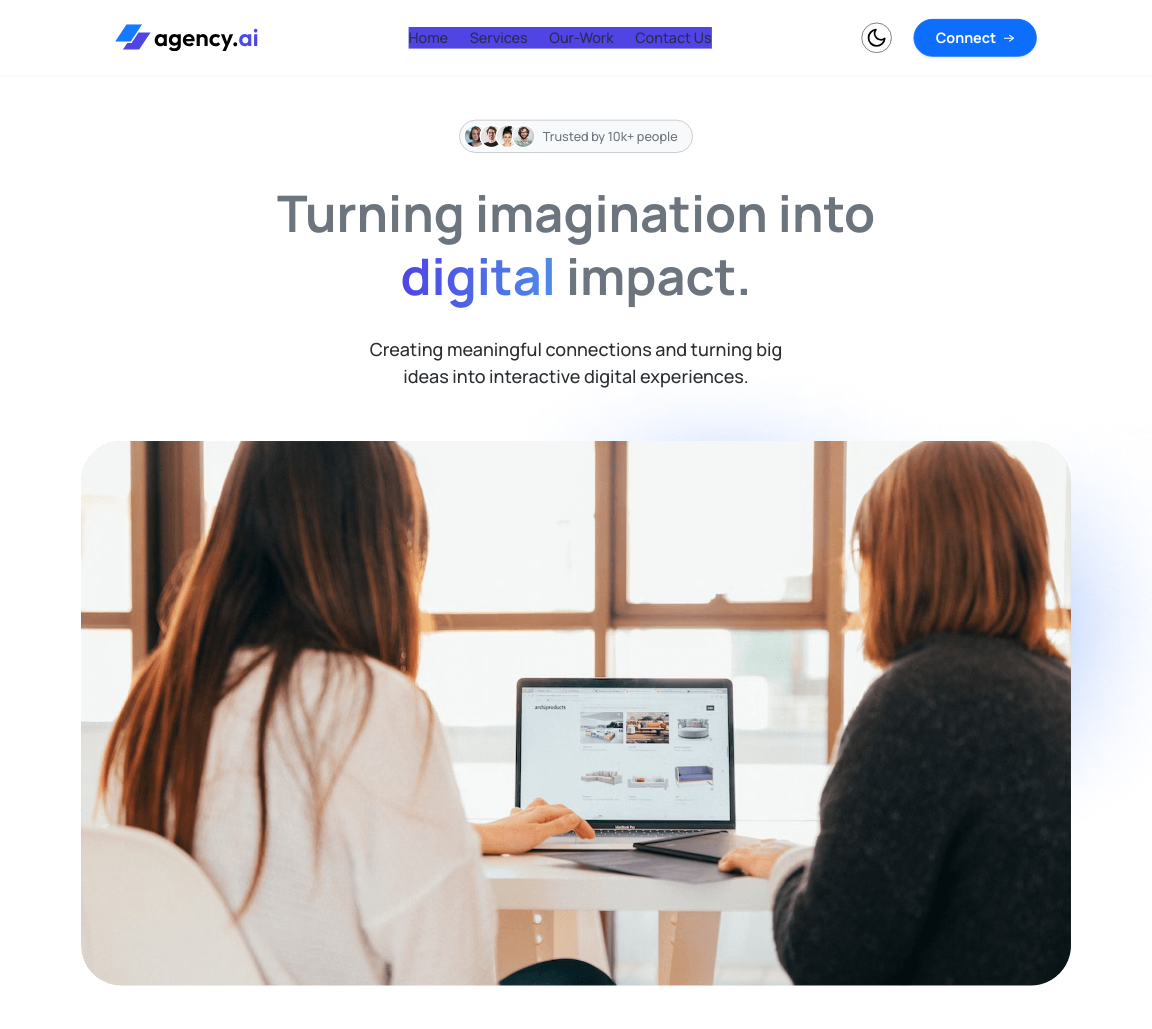
Repository: RAMADAN975/modern-agency-portfolio
Page: /
The author's editor kept a copy of each file at every save. The page is drawn from the files as they stood at one save, then again after the next save.
The browser window is 1280 px wide. The pictures show the whole page, at 90% of full size.
The project was rebuilt for these pictures with package versions that can differ from the ones it lists, and the page was loaded fresh each time. Also part of the build but not shown: vite.config.js.

Above is the page before, as saved 2026-03-23 21:18:18.

After the next save:
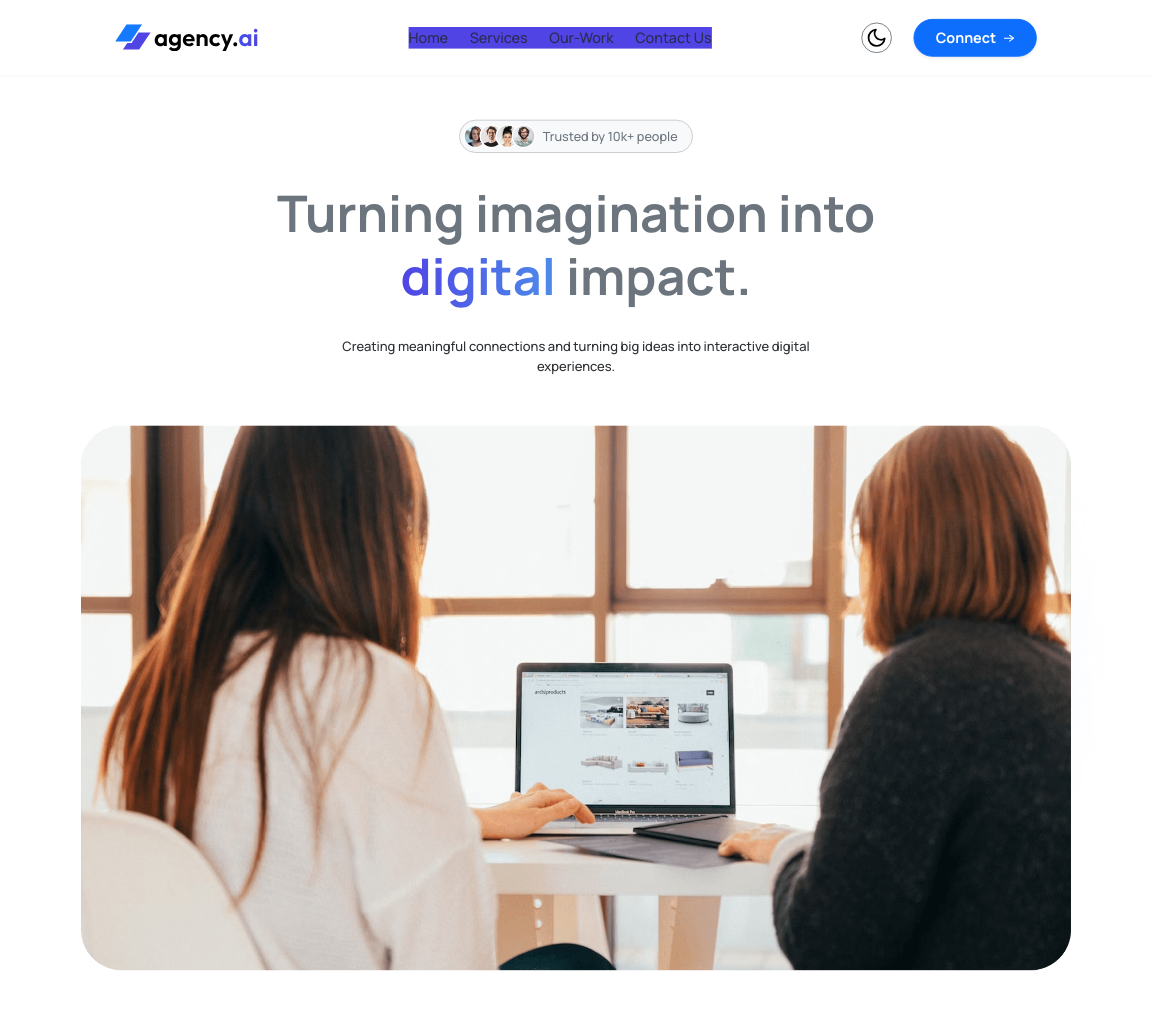
Saved 5 min 13 s later.
--- a/src/index.css
+++ b/src/index.css
@@ -91,47 +91,47 @@
   }
 }
 
-/* 1. تنسيق النص المتدرج (Gradient Text) */
+/* تنسيق قسم الـ Hero الرئيسي */
+.hero-container {
+  position: relative;
+  /* ضروري لعمل الصورة كخلفية */
+  z-index: 1;
+}
+
+/* تنسيق الصورة (اللون الأزرق) لتظهر في الخلفية */
+.hero-bg-decor {
+  position: absolute;
+  /* تحديد مكانها في أعلى اليمين كما في الصورة */
+  top: 0;
+  right: 0;
+
+  /* جعلها خلف كل النصوص والصور */
+  z-index: -1;
+
+  /* التحكم في حجمها وشفافيتها */
+  width: 60%;
+  /* يمكنك تكبيرها أو تصغيرها حسب الرغبة */
+  max-width: 800px;
+  opacity: 0.7;
+  /* لجعلها ناعمة ولا تغطي على النص */
+
+  /* منع المستخدم من تحديد الصورة أو سحبها بالماوس */
+  pointer-events: none;
+  user-select: none;
+}
+
+/* تنسيق النص المتدرج */
 .text-gradient {
   background: linear-gradient(to right, #5044E5, #4d8cea);
   -webkit-background-clip: text;
   -webkit-text-fill-color: transparent;
   background-clip: text;
+  display: inline-block;
 }
 
-/* 2. التحكم في عرض الفقرة الوصفية */
+/* عرض الوصف ليطابق الصورة */
 .custom-max-w {
-  max-width: 80%;
+  max-width: 600px;
+  font-size: 0.9rem;
+  color: #6c757d;
 }
-
-@media (min-width: 576px) {
-  .custom-max-w {
-    max-width: 512px;
-  }
-}
-
-/* 3. تنسيق صورة الخلفية المزخرفة (Decoration) */
-.hero-bg-decor {
-  top: 150px;
-  right: -150px;
-  z-index: -1;
-  width: 600px;
-}
-
-@media (min-width: 768px) {
-  .hero-bg-decor {
-    top: -100px;
-    right: -100px;
-    width: 800px;
-  }
-}
-
-/* 4. إخفاء العناصر في الوضع الليلي */
-[data-bs-theme="dark"] .d-dark-none {
-  display: none !important;
-}
-
-/* 5. لون النص في الوضع الليلي */
-[data-bs-theme="dark"] .dark-text-white {
-  color: white !important;
-}
